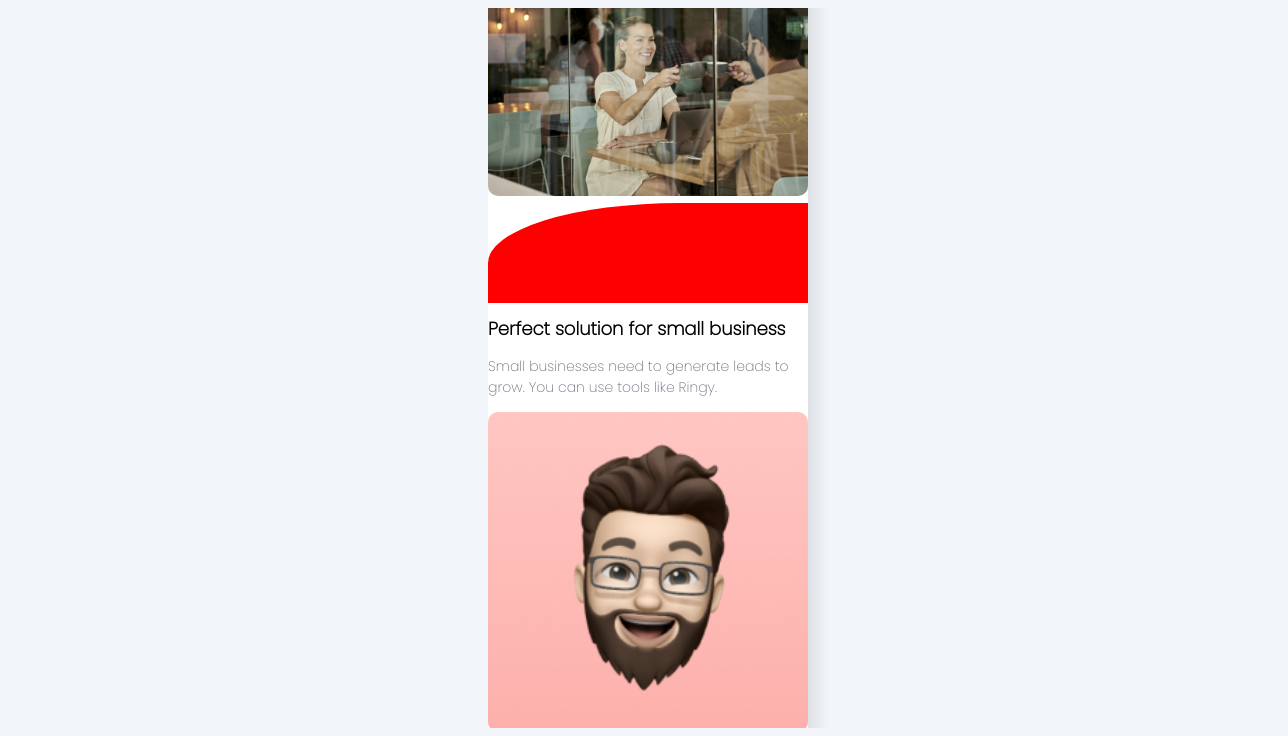
Repository: massndongo/business-blog-card
Page: index.html
These files come from the project's save history. The page is drawn as it stood at one moment and after a run of saves; the edit follows.
The browser window is 1280 px wide. The page is 1288 px wide, so the pictures cover 1288 px, including what lies to the right of the window. The pictures show the whole page.

Above is the page before, as saved 2023-11-08 03:29:18.

After the next 2 saves:
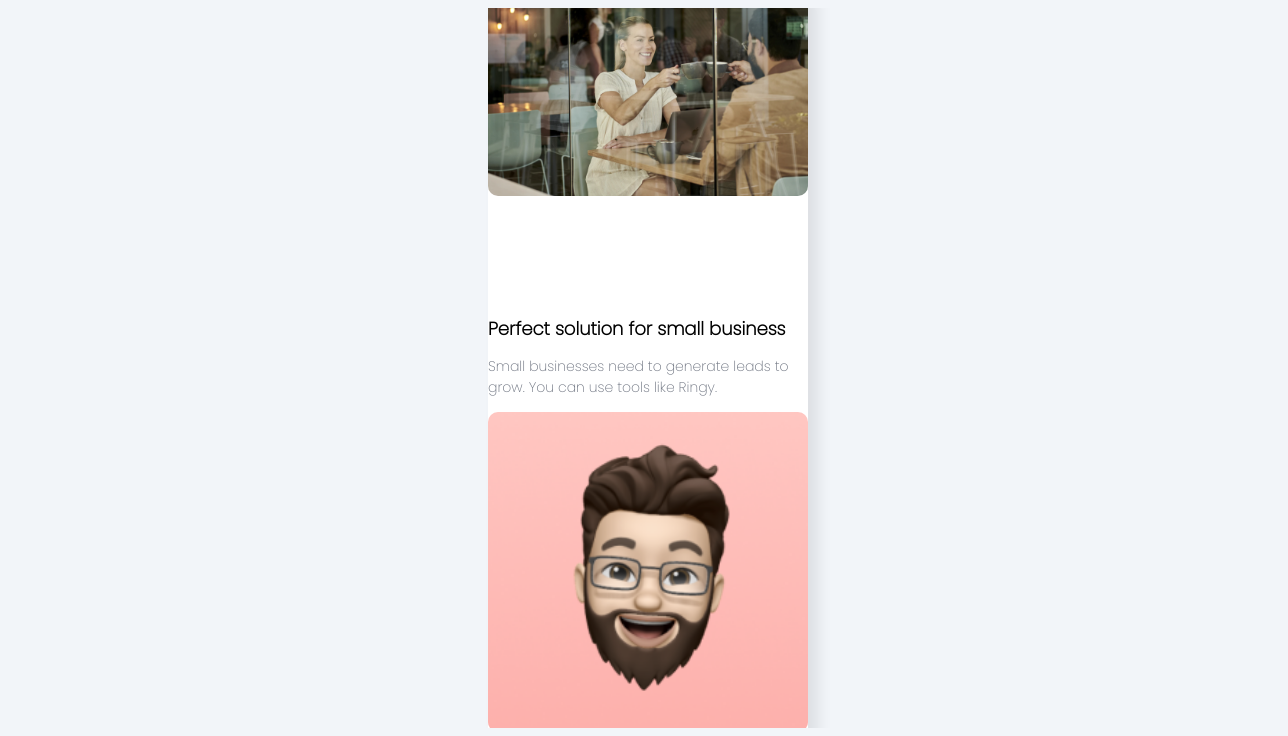
The 2 saves are shown as one change because they came seconds apart.
The last was saved 34 s later.
--- a/css/styles.css
+++ b/css/styles.css
@@ -32,7 +32,7 @@
 }
 .wavy{
     height: 100px;
-    border-radius: 60% 0 0 0;
+    border-radius: 60% 0 0 20;%
     background-color: red;
     shape-outside: circle(50% at top left);
 }

After the 2 saves that followed:
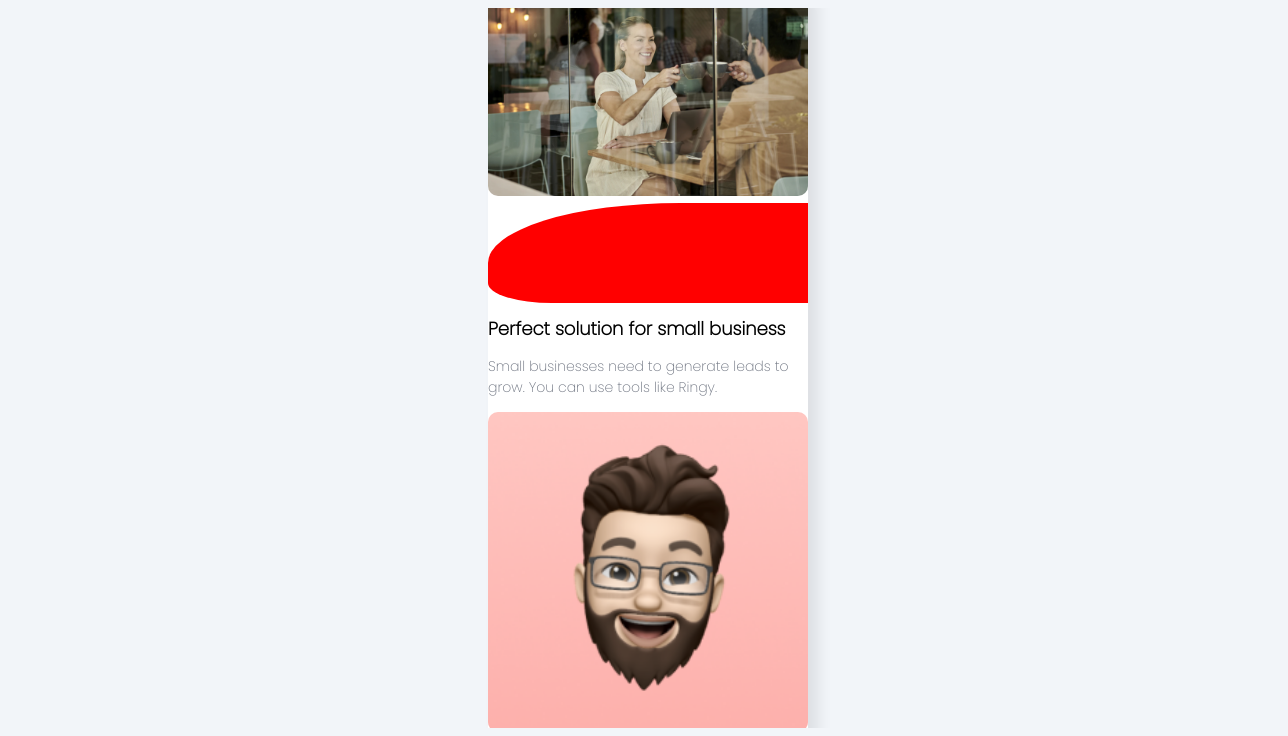
The 2 saves are shown as one change because they came seconds apart.
The last was saved 8 s later.
--- a/css/styles.css
+++ b/css/styles.css
@@ -32,7 +32,7 @@
 }
 .wavy{
     height: 100px;
-    border-radius: 60% 0 0 20;%
+    border-radius: 60% 0 0 20%;
     background-color: red;
     shape-outside: circle(50% at top left);
 }
